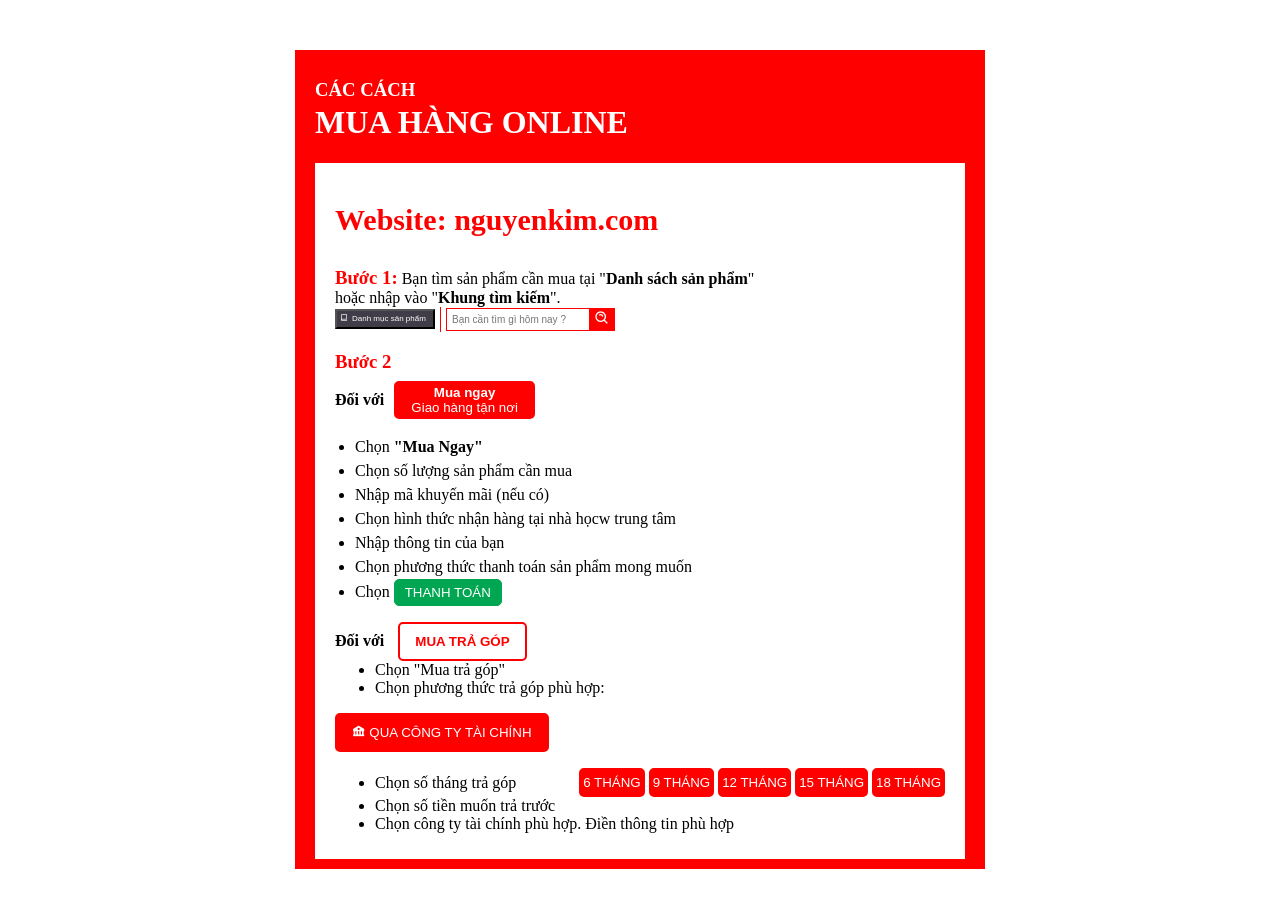
Repository: Tan-Khang21/TH_TKW--Buoi_01
Page: Buoi_01/BT_tren_lop/BT_06/main.html
These files come from the project's save history. The page is drawn as it stood at one moment and after the next save; the edit follows.
The browser window is 1280 px wide. The pictures show the whole page.

Above is the page before, as saved 2024-01-23 20:54:43.

### Buoi_01/BT_tren_lop/BT_06/main.html
<!DOCTYPE html>
<html lang="en">
  <head>
    <meta charset="UTF-8" />
    <meta name="viewport" content="width=device-width, initial-scale=1.0" />
    <title>Document</title>
    <link rel="stylesheet" href="style.css" />
    <link
      href="https://unpkg.com/boxicons@2.1.4/css/boxicons.min.css"
      rel="stylesheet"
    />
  </head>
  <body>
    <div class="cover">
      <h3 style="color: white">CÁC CÁCH</h3>
      <h1>MUA HÀNG ONLINE</h1>
      <div class="content">
        <h3 style="font-size: 30px">Website: nguyenkim.com</h3>

        <h3 style="display: inline">Bước 1:</h3>
        <span
          >Bạn tìm sản phẩm cần mua tại "<b>Danh sách sản phẩm</b>"<br />
          hoặc nhập vào "<b>Khung tìm kiếm</b>".</span
        >
        <br />
        <div class="Search_product">
          <button>
            <i class="bx bx-book-alt" style="margin-right: 4px"></i> Danh mục
            sản phẩm
          </button>
          <div class="line"></div>
          <form style="display: flex">
            <input
              class="search"
              type="text"
              placeholder="Bạn cần tìm gì hôm nay ?"
            />
            <div class="submit">
              <input
                class="submit_input"
                type="submit"
                name=""
                id="submit_input"
              />
              <label for="submit_input"
                ><i
                  class="bx bx-search-alt"
                  style="
                    position: absolute;
                    z-index: 2;
                    transform: translateX(4px) translateY(2px);
                    color: white;
                  "
                ></i
              ></label>
            </div>
          </form>
        </div>
        <h3>Bước 2</h3>
        <div class="step2">
          <b>Đối với</b>
          <button class="buy_now">
            <b>Mua ngay</b><br /><span>Giao hàng tận nơi</span>
          </button>
        </div>
        <ul class="step2_list">
          <li>Chọn <b>"Mua Ngay"</b></li>
          <li>Chọn số lượng sản phẩm cần mua</li>
          <li>Nhập mã khuyến mãi (nếu có)</li>
          <li>Chọn hình thức nhận hàng tại nhà họcw trung tâm</li>
          <li>Nhập thông tin của bạn</li>
          <li>Chọn phương thức thanh toán sản phẩm mong muốn</li>
          <li>Chọn <button class="button_green">THANH TOÁN</button></li>
        </ul>
        <b>Đối với</b>
        <button class="buy">MUA TRẢ GÓP</button>
        <ul style="margin-top: 0px">
          <li>Chọn "Mua trả góp"</li>
          <li>Chọn phương thức trả góp phù hợp:</li>
        </ul>
        <button class="red_big">
          <i class="bx bxs-bank" style="margin-right: 4px"></i>QUA CÔNG TY TÀI
          CHÍNH
        </button>
        <ul>
          <div class="red">
            <li>Chọn số tháng trả góp</li>
            <div>
              <button class="red_month">6 THÁNG</button>
              <button class="red_month">9 THÁNG</button>
              <button class="red_month">12 THÁNG</button>
              <button class="red_month">15 THÁNG</button>
              <button class="red_month">18 THÁNG</button>
            </div>
          </div>
          <li> Chọn số tiền muốn trả trước</li>
          <li> Chọn công ty tài chính phù hợp. Điền thông tin phù hợp</li>
        </ul>
      </div>
    </div>
  </body>
</html>

### Buoi_01/BT_tren_lop/BT_06/style.css
body{
    box-sizing: border-box;
}
.cover{
    width: 650px;
    margin: 50px auto;
    background-color: red;
    padding: 10px 20px;
}
h1{
    margin-top: -15px;
    color: white;
}
.content{
    background-color: white;
    padding: 10px 20px;
}
.content h3{
    color:red;
    font-weight: bold;
}
.Search_product{
    display: flex;
    align-items: center;
}
.Search_product button{
    display: flex;
    align-items:baseline;
    font-size: 8px;
    width: 100px;
    height: 20px;
    padding: 3px;
    background-color: #403c48;
    color: white;
}
.line{
    width: 1px;
    height: 25px;
    background-color: red;
    margin: 0 5px
}
.search{
    padding:5px;
    font-size: 10px;
    border: 1px solid red;
}
.submit_input{
    display: none;
}
.submit label{
    position: relative;
}
.submit label::after{
    content: "";
    width:25px;
    height: 23px;
    background-color: red;
    left: 0;
    top: 0;
    position: absolute;
}
.buy_now,.buy{
    padding:2px 15px;
    background-color: red;
    border: 2px solid red;
    border-radius: 5px;
    color: white;
    margin-left: 10px;
}
.step2{
    display: flex;
    align-items: center;
    margin-top: -10px;
}
.step2_list{
    margin-left: -20px;
    line-height: 1.5;
}
.button_green{
    color:white;
    background-color: #00a651;
    border: 1px solid #00a651;
    padding: 5px 10px;
    border-radius: 5px;
}
.buy{
    padding: 10px 15px;
    background-color: white;
    color: red;
    font-weight: bolder;
}
.red_big{
    padding: 10px 15px;
    background-color: red;
    border: 2px solid red;
    border-radius: 5px;
    color: white;
}
.red{
    display:flex;
    align-items: center;
    justify-content: space-between;
}
.red_month{
    padding: 5px 2px;
    background-color: red;
    border: 2px solid red;
    border-radius: 5px;
    color: white;
}

After the next save:
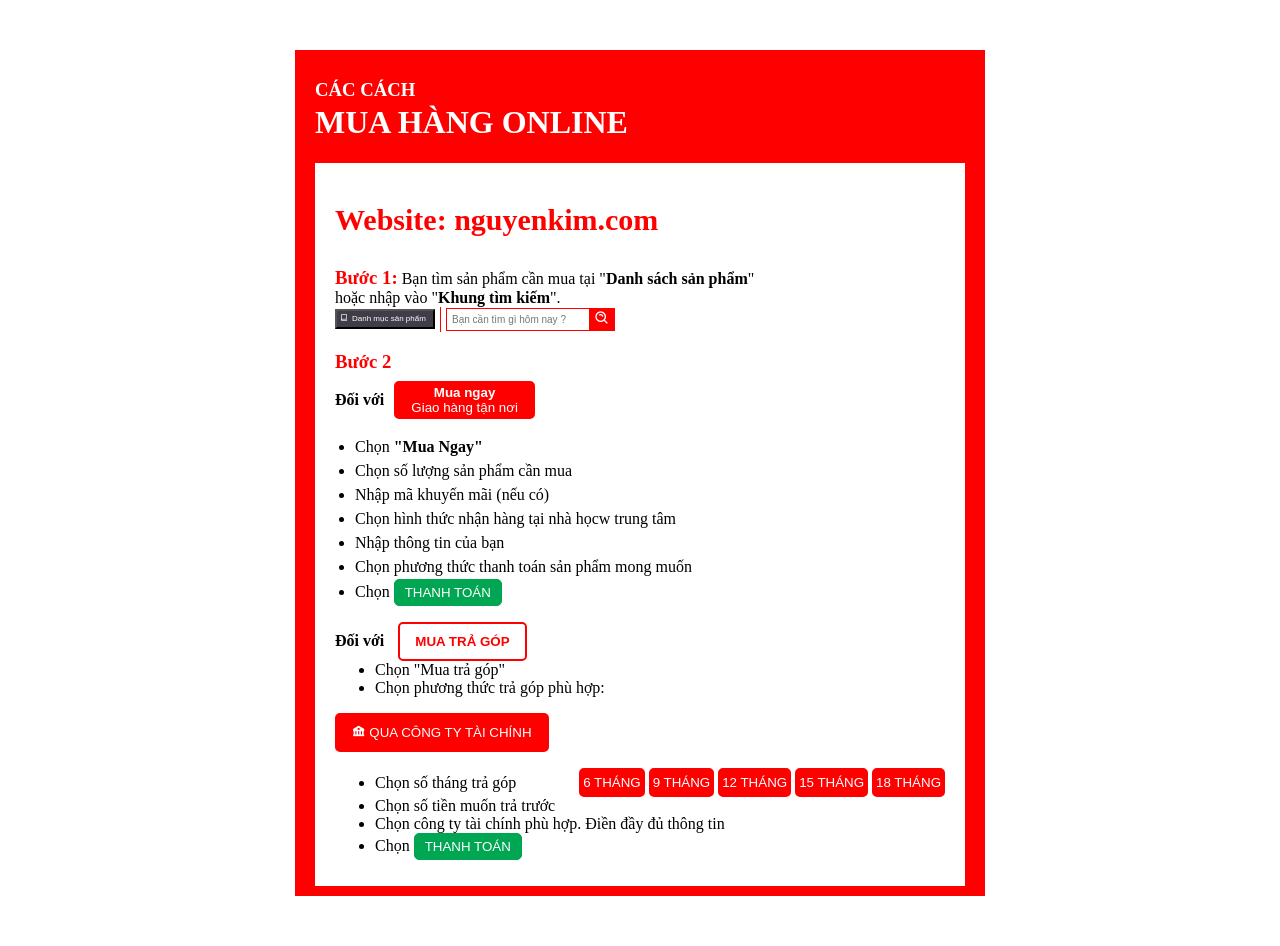
Saved 67 s later.
--- a/Buoi_01/BT_tren_lop/BT_06/main.html
+++ b/Buoi_01/BT_tren_lop/BT_06/main.html
@@ -93,8 +93,9 @@
               <button class="red_month">18 THÁNG</button>
             </div>
           </div>
-          <li> Chọn số tiền muốn trả trước</li>
-          <li> Chọn công ty tài chính phù hợp. Điền thông tin phù hợp</li>
+          <li>Chọn số tiền muốn trả trước</li>
+          <li>Chọn công ty tài chính phù hợp. Điền đầy đủ thông tin</li>
+          <li>Chọn <button class="button_green">THANH TOÁN</button></li>
         </ul>
       </div>
     </div>
